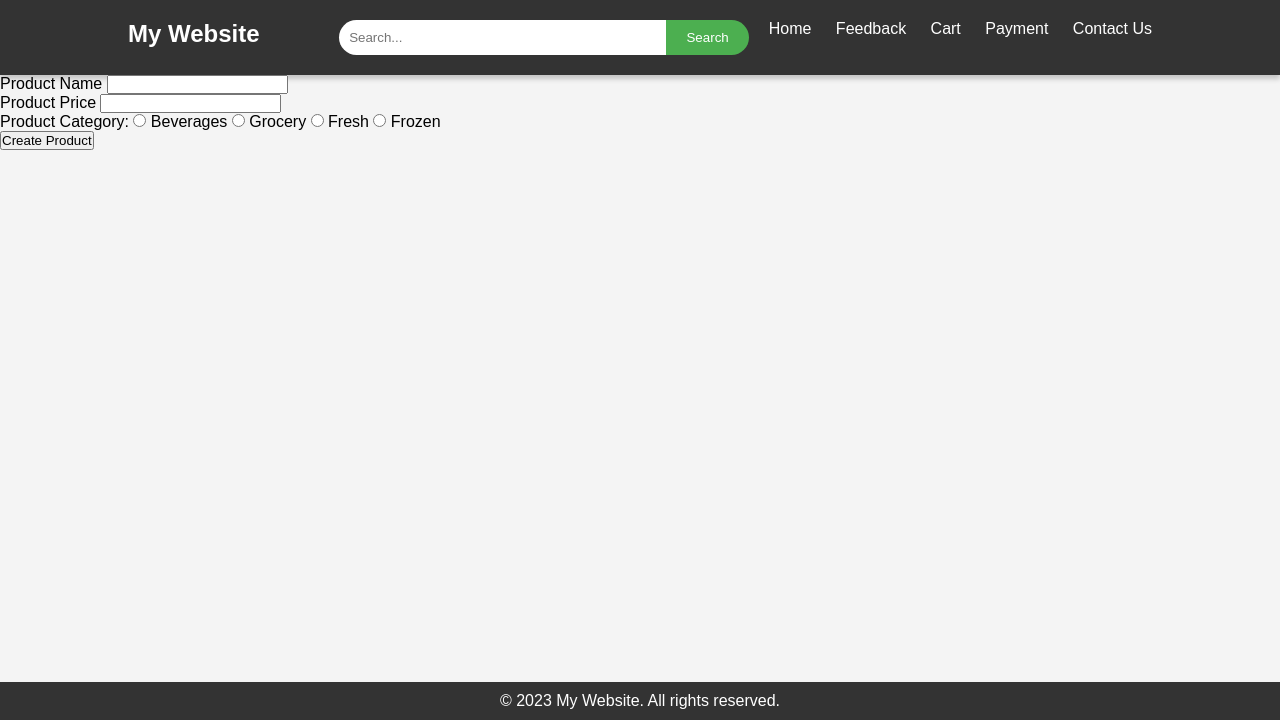
Repository: UrinduYatawakaa/OOP_project
Page: http://localhost/ProductDemo/ProductInsert.jsp
An editor plug-in stored every save of this project. The page is shown before and after the next save, followed by the edit.
The browser window is 1280 px wide. The pictures show the whole page.
The page is served by Tomcat 9. Other server files are loaded and not shown.

Above is the page before, as saved 2023-10-25 11:18:11.

### oop project/ProductDemo/src/main/webapp/ProductInsert.jsp
<%@ page language="java" contentType="text/html; charset=ISO-8859-1"
    pageEncoding="ISO-8859-1"%>
<!DOCTYPE html>
<html>
<head>
	<meta charset="UTF-8">
    <meta name="viewport" content="width=device-width, initial-scale=1.0">
    <link rel="stylesheet" href="css/stylesheader.css" type="text/css">
    <link rel="stylesheet" href="css/stylesHomepage.css" type="text/css">
    <title>Simple Header and Footer</title>
<title>Insert title here</title>
</head>
<body>
    <header>
        <div class="container">
            <h1>My Website</h1>
            <nav>
                <ul>
                    <li><a href="#">Home</a></li>
                    <li><a href="#">Feedback</a></li>
                    <li><a href="#">Cart</a></li>
                    <li><a href="#">Payment</a></li>
                    <li><a href="#">Contact Us</a></li>
                </ul>
            </nav>
            <div class="search-bar">
                <form action="log" method="post">
                    <input type="text" name="ProductName" placeholder="Search...">
                    <input type="submit" name="submit" value="Search">
                </form>
            </div>

        </div>
    </header>

	<form action="insert" method="post">
		Product Name <input type="text" name="name"><br>
		Product Price <input type="number" name="price"><br>
		Product Category:
	    <input type="radio" name="category" value="Beverages"> Beverages
	    <input type="radio" name="category" value="Grocery"> Grocery
	    <input type="radio" name="category" value="Fresh"> Fresh
	    <input type="radio" name="category" value="Frozen"> Frozen<br>

	    <input type="submit" name="submit" value="Create Product">
		</form>


    <footer>
        <div class="container">
            <p>&copy; 2023 My Website. All rights reserved.</p>
        </div>
    </footer>

</body>
</html>

### oop project/ProductDemo/src/main/webapp/css/stylesheader.css
@charset "ISO-8859-1";

body {
    font-family: Arial, sans-serif;
    margin: 0;
    padding: 0;
    background-color: #f4f4f4;
}

.container {
    width: 80%;
    margin: 0 auto;
    overflow: hidden;
}

header {
    background-color: #333;
    color: #fff;
    padding: 20px 0;
    box-shadow: 0px 4px 5px 0px rgba(0, 0, 0, 0.2);
}

header h1 {
    float: left;
    margin: 0;
    font-size: 24px;
}

header h1 span {
    color: #4CAF50;
}

nav ul {
    float: right;
    list-style: none;
    margin: 0;
    padding: 0;
}

nav ul li {
    display: inline;
    margin-left: 20px;
}

nav ul li a {
    color: #fff;
    text-decoration: none;
    transition: color 0.3s;
}

nav ul li a:hover {
    color: #4CAF50;
}

.search-bar{
    width: 40%;
    border-left: 10px;
    float:right;
}
.search-bar form {
    display: flex;
}

.search-bar input[type="text"] {
    padding: 10px;
    border: none;
    border-radius: 20px 0 0 20px;
    margin-right: 0;
    flex: 1;
}

.search-bar input[type="submit"] {
    padding: 10px 20px;
    background-color: #4CAF50;
    color: #fff;
    border: none;
    border-radius: 0 20px 20px 0;
    cursor: pointer;
    transition: background-color 0.3s;
}

.search-bar input[type="submit"]:hover {
    background-color: #45a049;
}

footer {
    background-color: #333;
    color: #fff;
    text-align: center;
    padding: 10px 0;
    position: fixed;
    bottom: 0;
    width: 100%;
}

### oop project/ProductDemo/src/main/webapp/css/stylesHomepage.css
@charset "ISO-8859-1";

*{
    margin: 0;
    padding: 0;
    box-sizing: border-box;
}

.featurecard{
    flex: 1 1 30%;
    display: flex;
    flex-direction: row;
    align-items: stretch;
}

.card{
    flex: 1 1 30%;
    margin: 10px;
    background-color: #f2f2f2;
    text-align: left;
    border-radius: 15px ;
}

.card-image{
    height: 150px;
    margin-bottom: 15px;
    background-size: cover;
    border-radius: 15px 15px 0 0;
}
.card1{
    background-image: url("beverages.jpg");
}

.card2{
    background-image: url("grocery.png");
}

.card3{
    background-image: url("fresh.jpg");
}

.card4{
    background-image: url("frozen.jpg");
}

.card p{
    padding: 10px;
}

.card h2{
    padding: 10px;
}

.card a{
    background-color: #708090;
    color: white;
    padding: 15px 20px;
    display: block;
    text-align: center;
    margin: 20px 50px;
}

.card:hover{
    background-color: rgb(62,62,62);
    color: white;
    cursor: pointer;
    transform: scale(1.03);
    transition: all 1s ease;
}

After the next save:
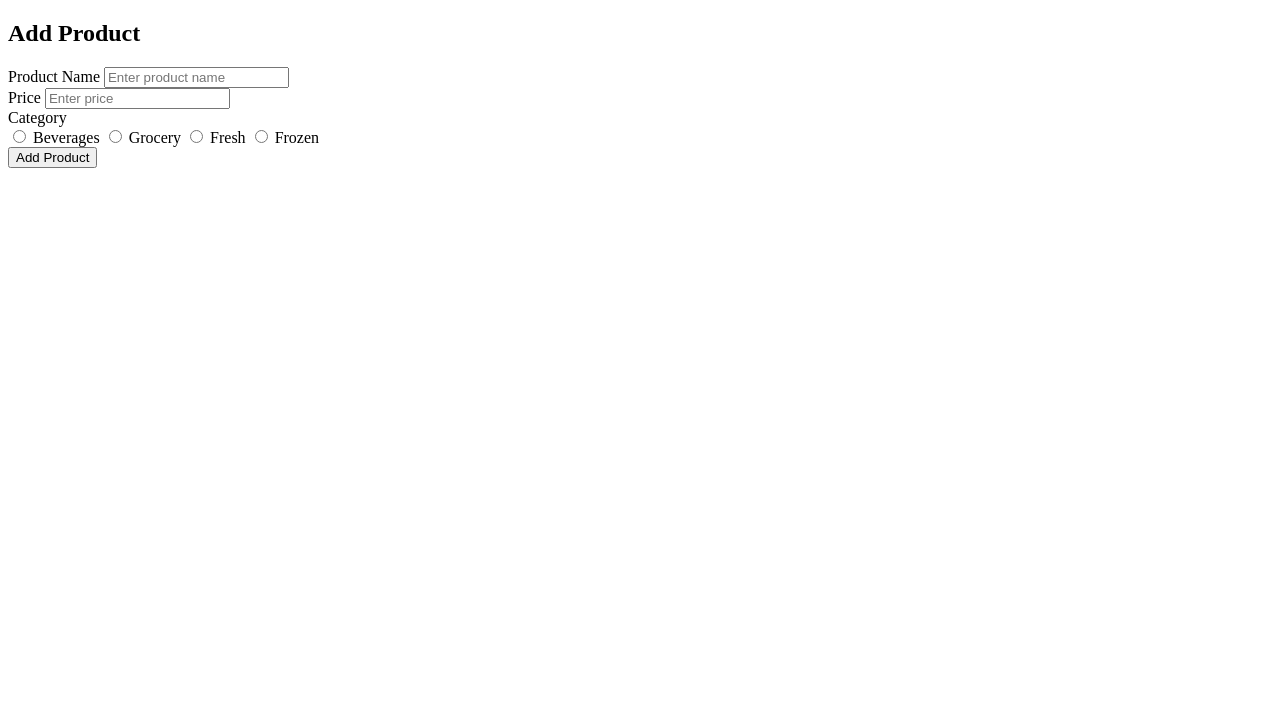
Not found: oop project/ProductDemo/ProductDemo/test.css
Not found: oop project/ProductDemo/ProductDemo/test.js
Saved 2 min 47 s later.
--- a/oop project/ProductDemo/src/main/webapp/ProductInsert.jsp
+++ b/oop project/ProductDemo/src/main/webapp/ProductInsert.jsp
@@ -1,56 +1,45 @@
 <%@ page language="java" contentType="text/html; charset=ISO-8859-1"
     pageEncoding="ISO-8859-1"%>
 <!DOCTYPE html>
-<html>
+<html lang="en">
+
 <head>
-	<meta charset="UTF-8">
+    <meta charset="UTF-8">
     <meta name="viewport" content="width=device-width, initial-scale=1.0">
-    <link rel="stylesheet" href="css/stylesheader.css" type="text/css">
-    <link rel="stylesheet" href="css/stylesHomepage.css" type="text/css">
-    <title>Simple Header and Footer</title>
-<title>Insert title here</title>
+    <title>Add Products</title>
+    <link rel="stylesheet" href="test.css">
 </head>
+
 <body>
-    <header>
-        <div class="container">
-            <h1>My Website</h1>
-            <nav>
-                <ul>
-                    <li><a href="#">Home</a></li>
-                    <li><a href="#">Feedback</a></li>
-                    <li><a href="#">Cart</a></li>
-                    <li><a href="#">Payment</a></li>
-                    <li><a href="#">Contact Us</a></li>
-                </ul>
-            </nav>
-            <div class="search-bar">
-                <form action="log" method="post">
-                    <input type="text" name="ProductName" placeholder="Search...">
-                    <input type="submit" name="submit" value="Search">
-                </form>
+    <div class="container">
+        <h2>Add Product</h2>
+        <form id="productForm" action="insert" method="post">
+            <div class="input-group">
+                <label for="productName">Product Name</label>
+                <input type="text" id="productName" name="name" placeholder="Enter product name" required>
             </div>
+            <div class="input-group">
+                <label for="price">Price</label>
+                <input type="text" id="price" name="price" placeholder="Enter price" required>
+            </div>
+            <div class="input-group">
+                <label>Category</label>
+                <div class="category-options">
+                    <input type="radio" id="category1" name="category" value="Beverages" required>
+                    <label for="category1">Beverages</label>
+                    <input type="radio" id="category2" name="category" value="Grocery" required>
+                    <label for="category2">Grocery</label>
+                    <input type="radio" id="category3" name="category" value="Fresh" required>
+                    <label for="category3">Fresh</label>
+                    <input type="radio" id="category4" name="category" value="Frozen" required>
+                    <label for="category4">Frozen</label>
+                </div>
+            </div>
+            <button type="button" onclick="validateForm()">Add Product</button>
+        </form>
+    </div>
 
-        </div>
-    </header>
+    <script src="test.js"></script>
+</body>
 
-	<form action="insert" method="post">
-		Product Name <input type="text" name="name"><br>
-		Product Price <input type="number" name="price"><br>
-		Product Category:
-	    <input type="radio" name="category" value="Beverages"> Beverages
-	    <input type="radio" name="category" value="Grocery"> Grocery
-	    <input type="radio" name="category" value="Fresh"> Fresh
-	    <input type="radio" name="category" value="Frozen"> Frozen<br>
-
-	    <input type="submit" name="submit" value="Create Product">
-		</form>
-
-
-    <footer>
-        <div class="container">
-            <p>&copy; 2023 My Website. All rights reserved.</p>
-        </div>
-    </footer>
-
-</body>
 </html>
